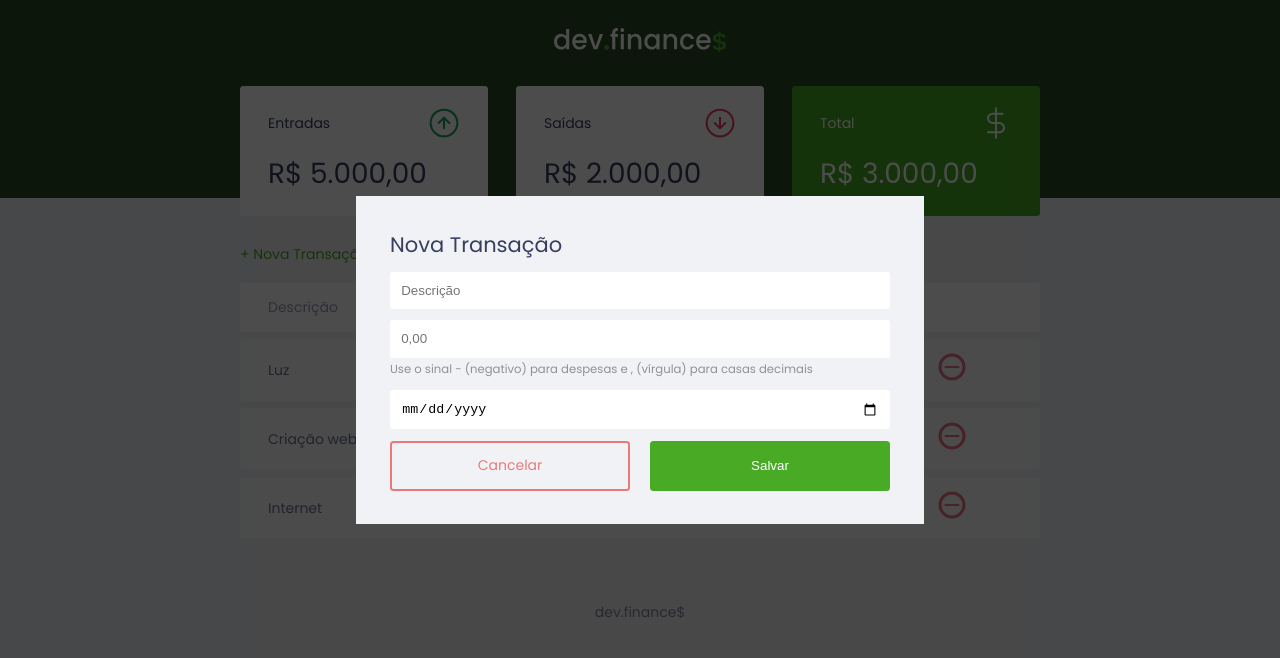
Repository: rafaelmgr12/maratona-dev01
Page: index.html
These files come from the project's save history. The page is drawn as it stood at one moment and after the next save; the edit follows.
The browser window is 1280 px wide. The pictures show the whole page.
After loading, the first visible `a.button` was clicked once.

Above is the page before, as saved 2021-04-28 15:02:09.

### index.html
<!DOCTYPE html>
<html lang="pt-br">
  <head>
    <meta charset="UTF-8" />
    <meta name="viewport" content="width=device-width, initial-scale=1.0" />
    <title>Rafael.appdev.finance$</title>

    <link rel="stylesheet" href="./style.css" />
    <link rel="preconnect" href="https://fonts.gstatic.com" />
    <link
      href="https://fonts.googleapis.com/css2?family=Poppins:ital,wght@0,100;0,400;0,700;1,100;1,400;1,700&display=swap"
      rel="stylesheet"
    />
  </head>
  <body>
    <header>
      <img src="./assets/logo.svg" alt="Logo Dev Finance" />
    </header>

    <main class="container">
      <section id="balance">
        <h2 class="sr-only">Balanço</h2>

        <div class="card">
          <h3>
            <span> Entradas </span>
            <img src="./assets/income.svg" alt="Image de entradas" />
          </h3>
          <p>R$ 5.000,00</p>
        </div>

        <div class="card">
          <h3>
            <span> Saídas </span>
            <img src="./assets/expense.svg" alt="Image de saídas" />
          </h3>
          <p>R$ 2.000,00</p>
        </div>

        <div class="card total">
          <h3>
            <span> Total </span>
            <img src="./assets/total.svg" alt="Image de total" />
          </h3>
          <p>R$ 3.000,00</p>
        </div>
      </section>

      <section id="transaction">
        <h2 class="sr-only">Transações</h2>

        <a href="#" onclick="Modal.open()" class="button new"
          >+ Nova Transação</a
        >

        <table id="data-table">
          <thead>
            <tr>
              <th>Descrição</th>
              <th>Valor</th>
              <th>Data</th>
              <th></th>
            </tr>
          </thead>
          <tbody>
            <tr>
              <td class="description">Luz</td>
              <td class="expense">- R$ 500,00</td>
              <td class="date">23/01/2021</td>
              <td>
                <img src="./assets/minus.svg" alt="Remover transação" />
              </td>
            </tr>
            <tr>
              <td class="description">Criação website</td>
              <td class="income">R$ 5.000,00</td>
              <td class="date">23/01/2021</td>
              <td>
                <img src="./assets/minus.svg" alt="Remover transação" />
              </td>
            </tr>
            <tr>
              <td class="description">Internet</td>
              <td class="expense">- R$ 200,00</td>
              <td class="date">23/01/2021</td>
              <td>
                <img src="./assets/minus.svg" alt="Remover transação" />
              </td>
            </tr>
          </tbody>
        </table>
      </section>
    </main>

    <div class="modal-overlay">
      <div class="modal">
        <div id="form">
          <h2>Nova Transação</h2>
          <form action="">
            <div class="input-group">
              <label class="sr-only" for="description">Descrição</label>
              <input
                type="text"
                id="description"
                name="description"
                placeholder="Descrição"
              />
            </div>

            <div class="input-group">
              <label class="sr-only" for="amount">Valor</label>
              <input
                type="number"
                step="0.01"
                id="amount"
                name="amount"
                placeholder="0,00"
              />
              <small class="help"
                >Use o sinal - (negativo) para despesas e , (vírgula) para casas
                decimais</small
              >
            </div>

            <div class="input-group">
              <label class="sr-only" for="date">Data</label>
              <input type="date" id="date" name="date" />
            </div>

            <div class="input-group actions">
              <a onclick="Modal.close()" href="#" class="button cancel"
                >Cancelar</a
              >
              <button>Salvar</button>
            </div>
          </form>
        </div>
      </div>
    </div>

    <footer><p>dev.finance$</p></footer>

    <script>
      const Modal = {
        open() {
          // Abrir modal
          // Adicionar a class active ao modal
          document.querySelector(".modal-overlay").classList.add("active");
        },
        close() {
          // fechar o modal
          // remover a class active do modal
          document.querySelector(".modal-overlay").classList.remove("active");
        },
      };
    </script>
  </body>
</html>

### style.css
/* Global ===================== */
:root {
  --dark-blue: #363f5f;
  --green: #49aa26;
  --light-green: #3dd705;
  --red: #e92929;
}

* {
  margin: 0;
  padding: 0;
  box-sizing: border-box;
}

html {
  font-size: 93.75%; /* 15px */
}

body {
  background: #f0f2f5;
  font-family: "Poppins", sans-serif;
}

.sr-only {
  position: absolute;
  width: 1px;
  height: 1px;
  padding: 0;
  margin: -1px;
  overflow: hidden;
  clip: rect(0, 0, 0, 0);
  white-space: nowrap;
  border-width: 0;
}

.container {
  width: min(90vw, 800px);
  margin: auto;
}

/* Titles ===================== */
h2 {
  margin-top: 3.2rem;
  margin-bottom: 0.8rem;
  color: var(--dark-blue);

  font-weight: normal;
}

/* Links & Buttons ===================== */
a {
  color: var(--green);
  text-decoration: none;
}

a:hover {
  color: var(--light-green);
}

button {
  width: 100%;
  height: 50px;

  border: none;

  color: white;
  background: var(--green);

  padding: 0;

  border-radius: 0.25rem;

  cursor: pointer;
}

button:hover {
  background: var(--light-green);
}

.button.new {
  display: inline-block;
  margin-bottom: 0.8rem;
}

.button.cancel {
  color: var(--red);
  border: 2px var(--red) solid;
  border-radius: 0.25rem;

  height: 50px;

  display: flex;
  align-items: center;
  justify-content: center;

  opacity: 0.6;
}

.button.cancel:hover {
  opacity: 1;
}

/* Header ===================== */
header {
  background: #2d4a22;
  padding: 2rem 0 10rem;
  text-align: center;
}

#logo {
  color: #fff;
  font-weight: 100;
}

/* Balance ===================== */
#balance {
  margin-top: -8rem;
}

#balance h2 {
  color: white;
  margin-top: 0;
}

/* Cards ===================== */
.card {
  background: white;
  padding: 1.5rem 2rem;
  border-radius: 0.25rem;

  margin-bottom: 2rem;

  color: var(--dark-blue);
}

.card h3 {
  font-weight: normal;
  font-size: 1rem;

  display: flex;
  align-items: center;
  justify-content: space-between;
}

.card p {
  font-size: 2rem;
  line-height: 3rem;

  margin-top: 1rem;
}

.card.total {
  background: var(--green);
  color: white;
}

/* Table ===================== */
#transaction {
  display: block;
  width: 100%;
  overflow-x: auto;
}
#data-table {
  width: 100%;
  border-spacing: 0 0.5rem;
  color: #969cb3;
}

table thead tr th:first-child,
table tbody tr td:first-child {
  border-radius: 0.25rem 0 0 0.25rem;
}

table thead tr th:last-child,
table tbody tr td:last-child {
  border-radius: 0 0.25rem 0.25rem 0;
}

table thead th {
  background: white;

  font-weight: normal;
  padding: 1rem 2rem;

  text-align: left;
}

table tbody tr {
  opacity: 0.7;
}

table tbody tr:hover {
  opacity: 1;
}

table tbody td {
  background: white;
  padding: 1rem 2rem;
}

td.description {
  color: var(--dark-blue);
}

td.income {
  color: #12a454;
}

td.expense {
  color: #e92929;
}

/* Modal ===================== */
.modal-overlay {
  width: 100%;
  height: 100%;

  background-color: rgba(0, 0, 0, 0.7);

  position: fixed;
  top: 0;

  display: flex;
  align-items: center;
  justify-content: center;

  opacity: 0;
  visibility: hidden;

  z-index: 999;
}

.modal-overlay.active {
  opacity: 1;
  visibility: visible;
}

.modal {
  background: #f0f2f5;
  padding: 2.4rem;

  position: relative;
  z-index: 1;
}

/* Form ===================== */
#form {
  max-width: 500px;
}

#form h2 {
  margin-top: 0;
}

input {
  border: none;
  border-radius: 0.2rem;

  padding: 0.8rem;

  width: 100%;
}

.input-group {
  margin-top: 0.8rem;
}

.input-group small {
  opacity: 0.4;
}

.input-group.actions {
  display: flex;
  justify-content: space-between;
  align-items: center;
}

.input-group.actions .button,
.input-group.actions button {
  width: 48%;
}

/* Footer ===================== */
footer {
  text-align: center;
  padding: 4rem 0 2rem;
  color: var(--dark-blue);

  opacity: 0.6;
}

/* Responsive ===================== */
@media (min-width: 800px) {
  html {
    font-size: 87.5%;
  }

  #balance {
    display: grid;
    grid-template-columns: repeat(3, 1fr);
    gap: 2rem;
  }
}

After the next save:
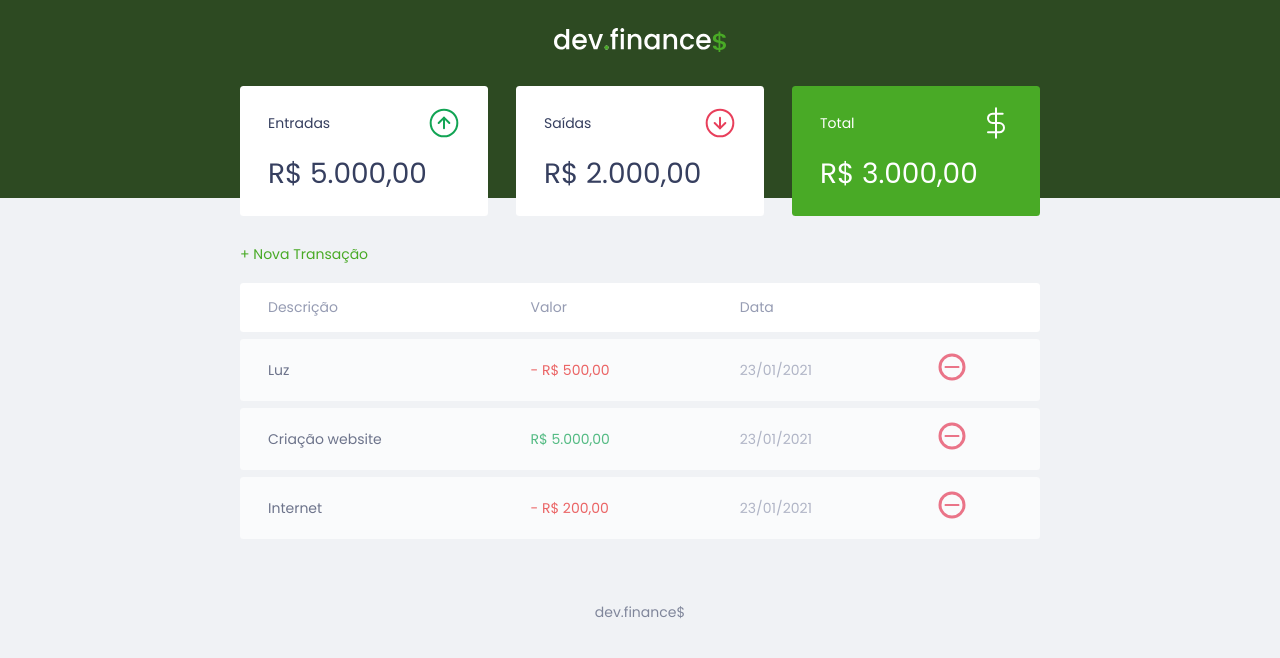
Console error: ReferenceError: Modal is not defined
Not found: script.js
Saved 2 days later.
--- a/index.html
+++ b/index.html
@@ -140,19 +140,6 @@
 
     <footer><p>dev.finance$</p></footer>
 
-    <script>
-      const Modal = {
-        open() {
-          // Abrir modal
-          // Adicionar a class active ao modal
-          document.querySelector(".modal-overlay").classList.add("active");
-        },
-        close() {
-          // fechar o modal
-          // remover a class active do modal
-          document.querySelector(".modal-overlay").classList.remove("active");
-        },
-      };
-    </script>
+    <script src = "./script.js"></script>
   </body>
 </html>
